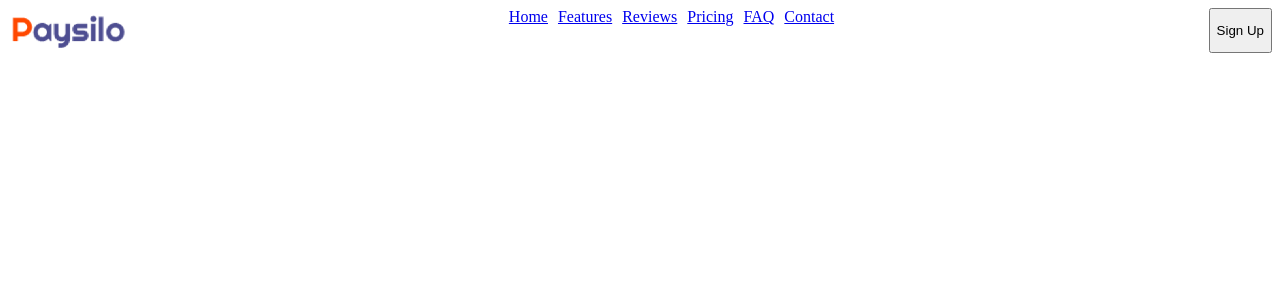
Repository: albertstepanek/test123
Page: index.html
An editor plug-in stored every save of this project. The page is shown before and after the next save, followed by the edit.
The browser window is 1280 px wide. The pictures show the whole page.

Above is the page before, as saved 2023-06-16 10:26:18.

### index.html
<!DOCTYPE html>
<html lang="en">
<head>
    <meta charset="UTF-8">
    <meta http-equiv="X-UA-Compatible" content="IE=edge">
    <meta name="viewport" content="width=device-width, initial-scale=1.0">
    <link rel="stylesheet" href="styles.css">
    <title>Document</title>
</head>
<body>
    <div class="nav">
        <img class="navimg" src="logo.png" alt="logo">

    <ul>
        <li><a class="navitem" href="default.asp">Home</a></li>
        <li><a class="navitem" href="news.asp">Features</a></li>
        <li><a class="navitem" href="contact.asp">Reviews</a></li>
        <li><a class="navitem" href="about.asp">Pricing</a></li>
        <li><a class="navitem" href="about.asp">FAQ</a></li>
        <li><a class="navitem" href="about.asp">Contact</a></li>

      </ul>
      <button class="navbutton">Sign Up</button>
    </div>
</body>
</html>

### styles.css
ul {
    list-style-type: none;
    margin: 0;
    padding: 0;
    display: flex;
    justify-content: right;

  }
  .navimg {
    width: 10%;
  }
 .nav {
       display: flex;
       justify-content: space-between;
    }

    .navitem {

    margin: 5px;
    }

After the next save:
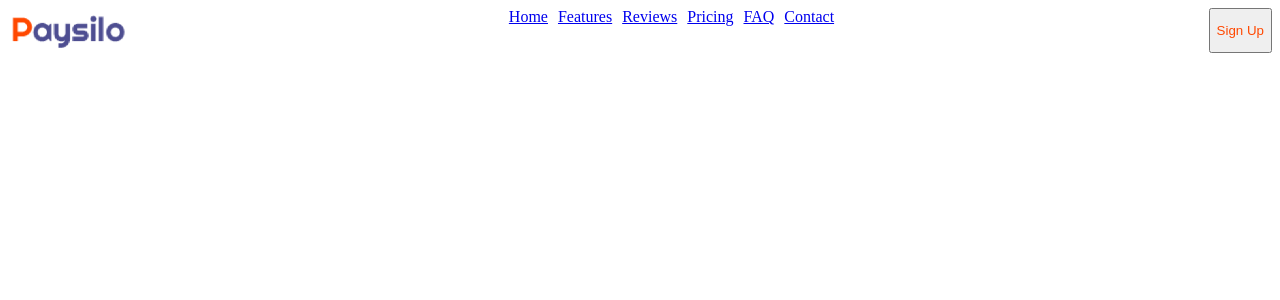
Saved 71 s later.
--- a/styles.css
+++ b/styles.css
@@ -18,3 +18,7 @@
 
     margin: 5px;
     }
+    .navbutton {
+
+        color: #FF4800        ;
+    }
